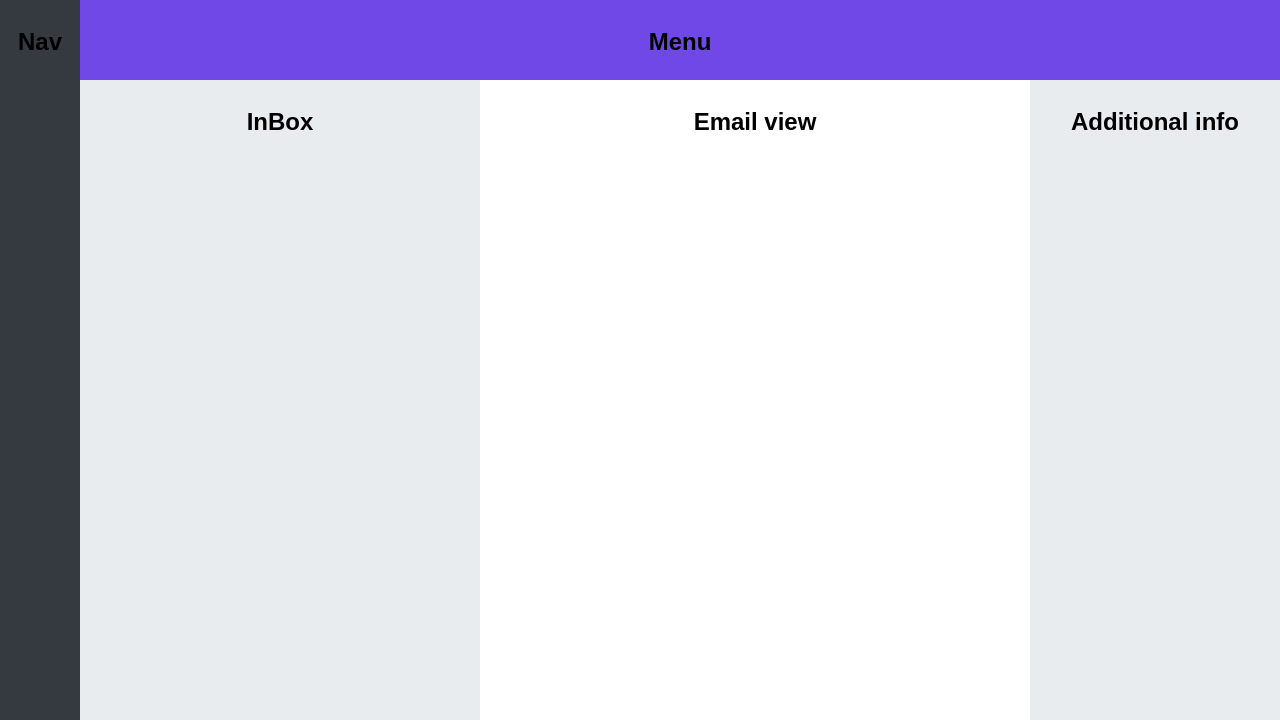
Repository: Ahmed123rezk123/06-Components
Page: app-layout.html
The author's editor kept a copy of each file at every save. The page is drawn from the files as they stood at one save, then again after the next save.
The browser window is 1280 px wide. The pictures show the whole page.

Above is the page before, as saved 2024-09-18 10:34:37.

After the next save:
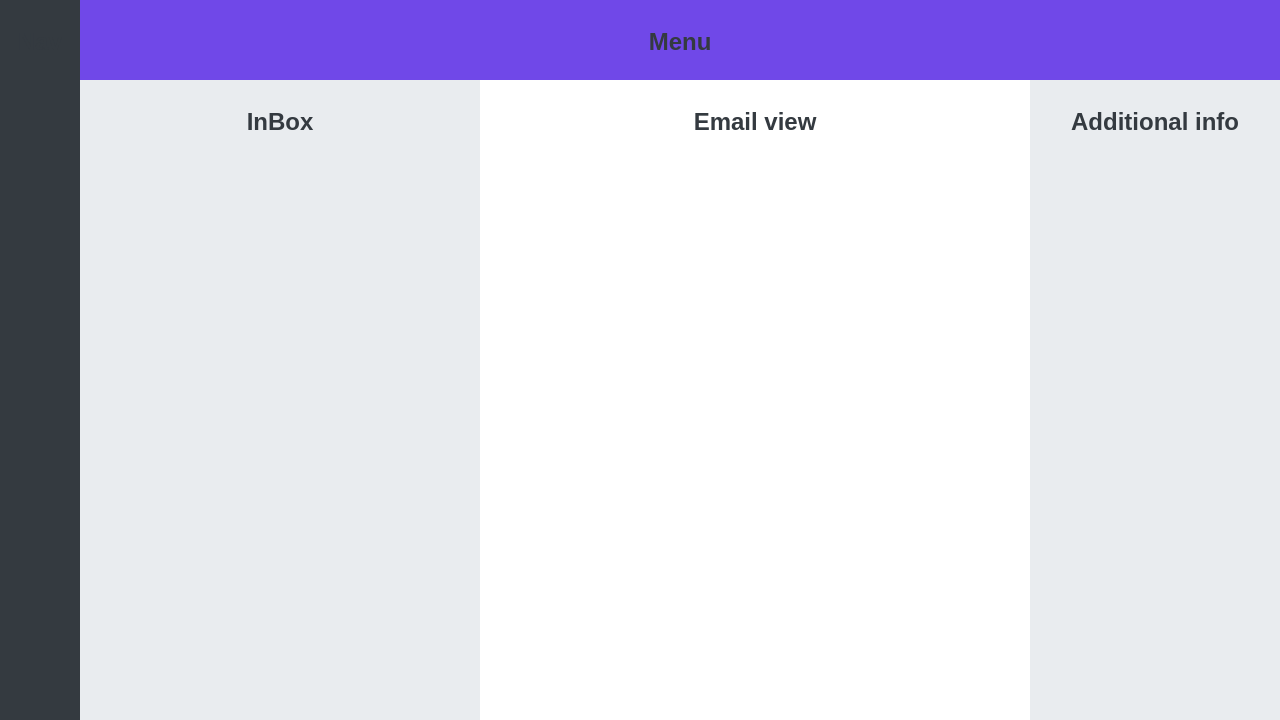
Saved 10 s later.
--- a/app-layout.html
+++ b/app-layout.html
@@ -30,6 +30,7 @@
         text-align: center;
         font-size: 24px;
         font-weight: bold;
+        color: #343a40;
       }
       nav,
       menu,
